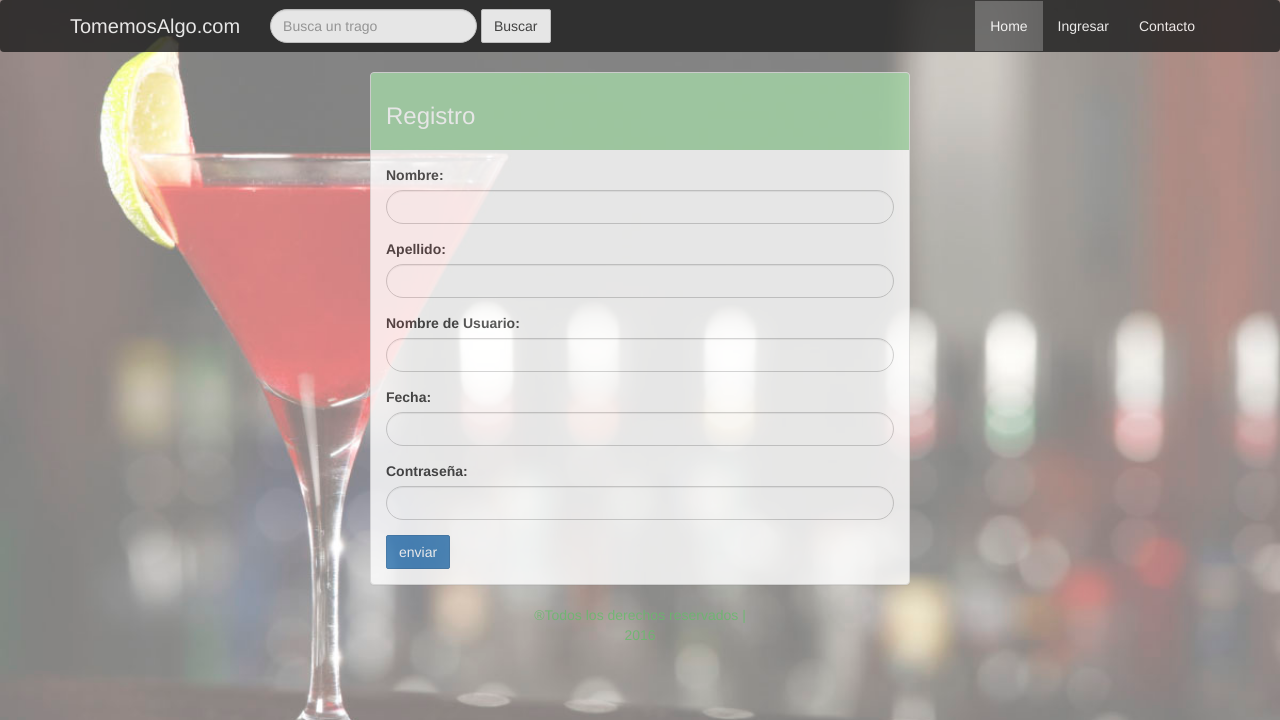
Repository: MaxiAven/TallerWebJava
Page: http://localhost/proyecto-base-spring/WEB-INF/jsp/registro.jsp
An editor plug-in stored every save of this project. The page is shown before and after the next save, followed by the edit.
The browser window is 1280 px wide. The pictures show the whole page.
Some web libraries are served in a nearby version. The page is served by Tomcat 9. Nobody is signed in. Other server files are loaded and not shown. The template is opened directly, without the code that normally fills it, so the values that code supplies are empty.

Above is the page before, as saved 2016-10-16 23:22:43.

### proyecto-base-spring/src/main/webapp/WEB-INF/jsp/registro.jsp
<%@ taglib uri="http://www.springframework.org/tags/form" prefix="form" %>
<!DOCTYPE html>
<html lang="en">
  <head>
    <meta charset="utf-8">
    <meta http-equiv="X-UA-Compatible" content="IE=edge">
    <meta name="viewport" content="width=device-width, initial-scale=1">
    <!-- The above 3 meta tags *must* come first in the head; any other head content must come *after* these tags -->
    <meta name="description" content="">
    <meta name="author" content="">
    <link rel="icon" href="../../favicon.ico">

    <title>QueTomamos | Recetas con Onda</title>

    <!-- Bootstrap core CSS -->
    <link href="css/bootstrap.min.css" rel="stylesheet" >
    <!-- Bootstrap theme -->
    <!-- <link href="css/bootstrap-theme.min.css" rel="stylesheet">-->

  </head>

  <body role="document">

    <!-- Fixed navbar -->
    <nav class="menu navbar navbar-inverse">
      <div class="container">
        <div class="navbar-header">
          <button type="button" class="navbar-toggle collapsed" data-toggle="collapse" data-target="#navbar" aria-expanded="false" aria-controls="navbar">
            <span class="sr-only">Toggle navigation</span>
            <span class="icon-bar"></span>
            <span class="icon-bar"></span>
            <span class="icon-bar"></span>
          </button>
          <a class="navbar-brand" href="#">TomemosAlgo.com</a>
        </div>
        <form class="navbar-form navbar-left">
        <div class="form-group">
          <input type="text" class="form-control" placeholder="Busca un trago">
        </div>
        <button type="submit" class="btn btn-default">Buscar</button>
      </form>
        <div id="navbar" class="navbar-collapse collapse">
          <ul class="nav navbar-nav navbar-right">
            <li class="active"><a href="index">Home</a></li>
            <li><a href="login">Ingresar</a></li>
            <li><a href="#contact">Contacto</a></li>

          </ul>
        </div><!--/.nav-collapse -->
      </div>
    </nav>

    <div class="container">
    	<div class="col-md-3"></div>
    	<div class="col-md-6 contenido">

    		<div class="panel panel-default md">
			  <div class="panel-heading tcolor">
			  	<h3>Registro</h3>
			  </div>
			  <div class="panel-body">
			  <form:form action="registro" method="POST" modelAttribute="usuario">
			  	<div class="form-group has-feedback has-feedback-left">

					<label for="nombre">Nombre:</label>
					<form:input path="nombre" class="form-control"/>

				</div>

				<div class="form-group has-feedback has-feedback-left">

					<label for="apellido">Apellido:</label>
					<form:input path="apellido" class="form-control"/>
				</div>

				<div class="form-group has-feedback has-feedback-left">

					<label for="usr">Nombre de Usuario:</label>
					<form:input path="nombreUsuario" class="form-control"/>
				</div>

				<div class="form-group has-feedback has-feedback-left">

					<label for="fecha">Fecha:</label>
					<form:input path="fecha" class="form-control"/>
				</div>

				<div class="form-group has-feedback has-feedback-left">

					<label for="pass">Contraseña:</label>
					<form:input path="password" class="form-control" type="password"/>
				</div>

					<input type="submit" value="enviar" class="btn btn-primary"/>

					</form:form>

    	</div>
    	<div class="col-md-3"></div>
	</div>
    <!-- /container -->

<footer class="footer">
	<div class="col-md-3"></div>
	<div class="col-md-6">
		<p>®Todos los derechos reservados | 2016</p>
	</div>
	<div class="col-md-3"></div>

</footer>
    <!-- Bootstrap core JavaScript
    ================================================== -->
    <!-- Placed at the end of the document so the pages load faster -->
    <script src="https://ajax.googleapis.com/ajax/libs/jquery/1.11.3/jquery.min.js" ></script>
    <script>window.jQuery || document.write('<script src="../../assets/js/vendor/jquery.min.js"><\/script>')</script>
    <script src="js/bootstrap.min.js" type="text/javascript"></script>
  </body>
</html>

Loaded but not shown: proyecto-base-spring/src/main/webapp/css/bootstrap.min.css (library); proyecto-base-spring/src/main/webapp/js/bootstrap.min.js (library)

After the next save:
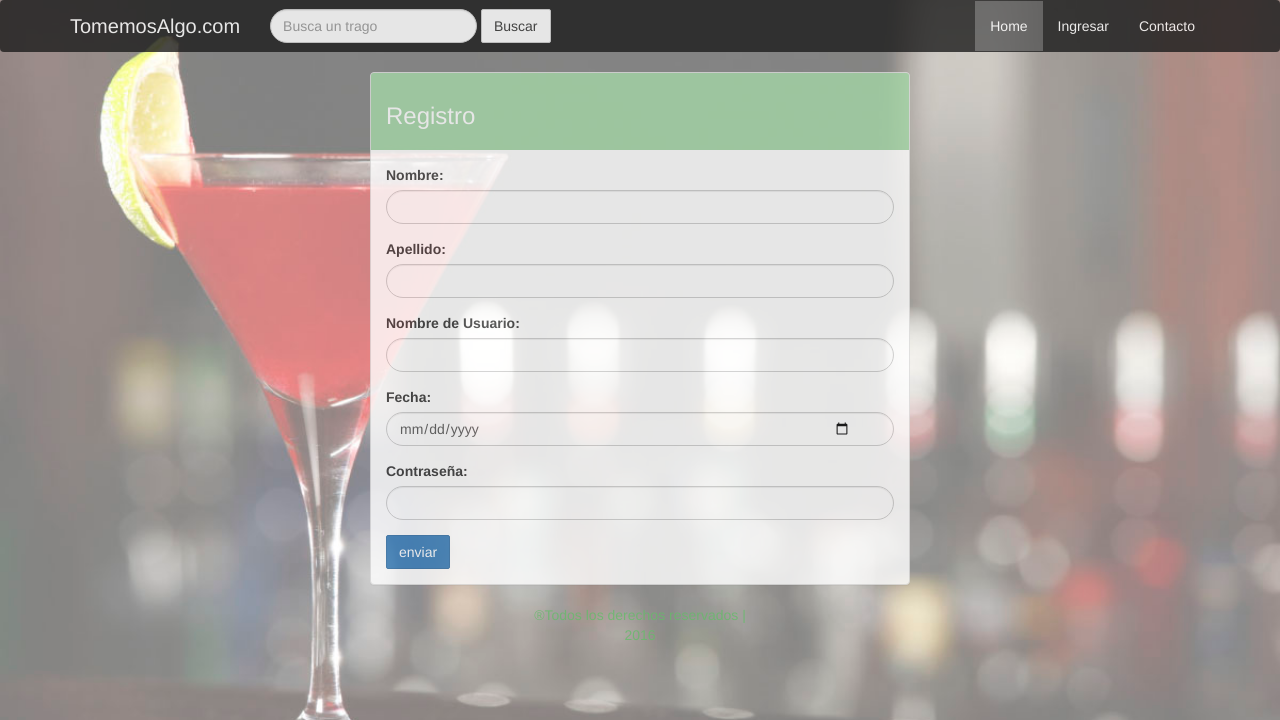
Saved 70 s later.
--- a/proyecto-base-spring/src/main/webapp/WEB-INF/jsp/registro.jsp
+++ b/proyecto-base-spring/src/main/webapp/WEB-INF/jsp/registro.jsp
@@ -82,7 +82,7 @@
 				<div class="form-group has-feedback has-feedback-left">
 
 					<label for="fecha">Fecha:</label>
-					<form:input path="fecha" class="form-control"/>
+					<form:input path="fecha" class="form-control" type="date"/>
 				</div>
 
 				<div class="form-group has-feedback has-feedback-left">

After the save that followed:
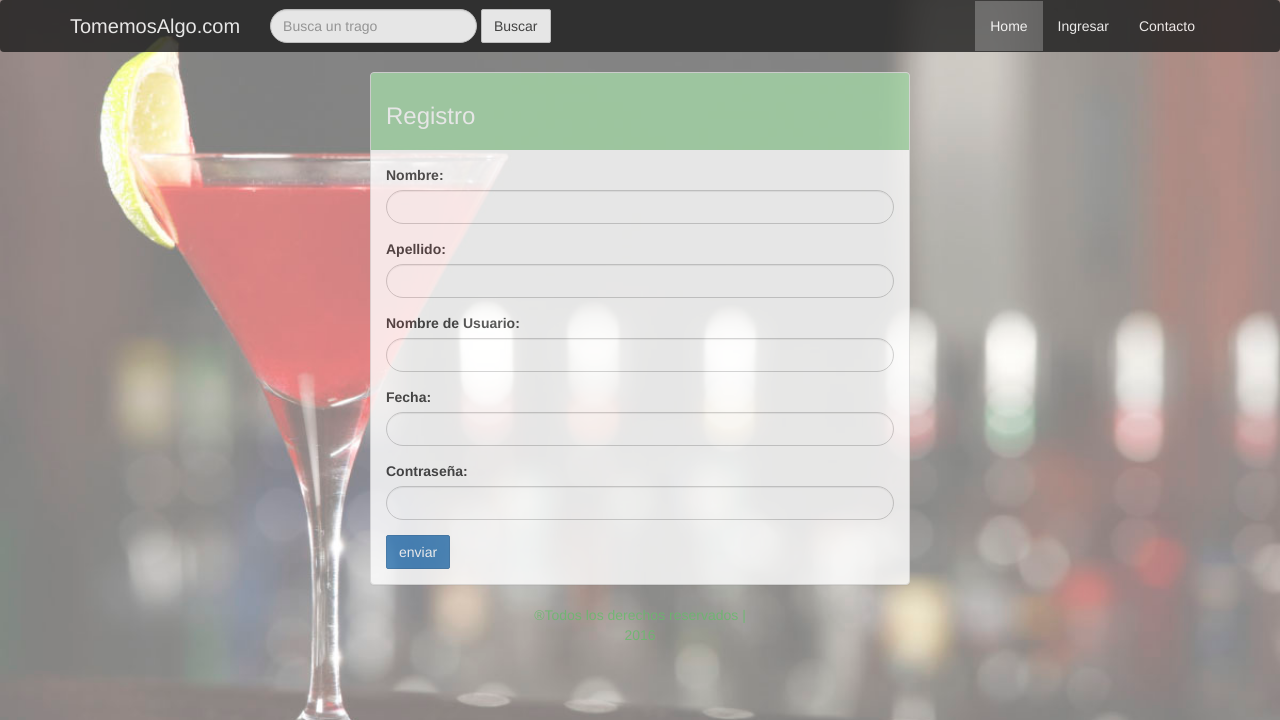
Saved 14 min 2 s later.
--- a/proyecto-base-spring/src/main/webapp/WEB-INF/jsp/registro.jsp
+++ b/proyecto-base-spring/src/main/webapp/WEB-INF/jsp/registro.jsp
@@ -82,7 +82,7 @@
 				<div class="form-group has-feedback has-feedback-left">
 
 					<label for="fecha">Fecha:</label>
-					<form:input path="fecha" class="form-control" type="date"/>
+					<form:input path="fecha" class="form-control" />
 				</div>
 
 				<div class="form-group has-feedback has-feedback-left">
